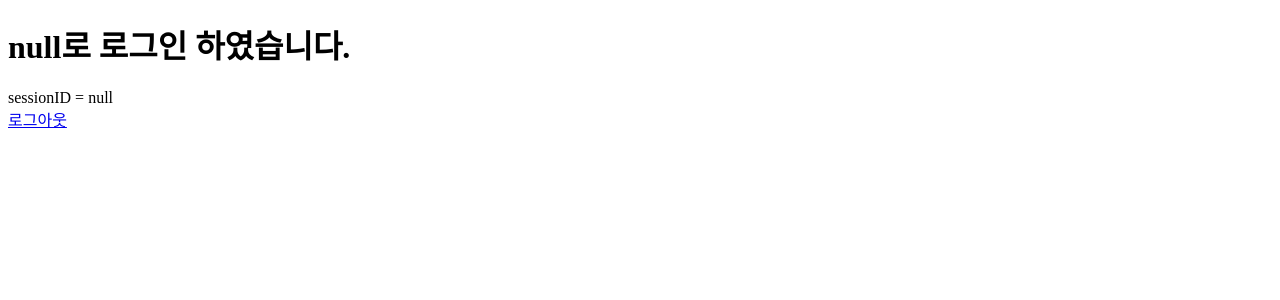
Repository: Yang-Seungjae/JSPservlet
Page: http://localhost/example1/ex8-exam2/mainpage2.jsp
An editor plug-in stored every save of this project. The page is shown before and after the next save, followed by the edit.
The browser window is 1280 px wide. The pictures show the whole page.
The page is served by Tomcat 9. Other server files are loaded and not shown.

Above is the page before, as saved 2023-05-23 05:45:20.

### example1/src/main/webapp/ex8-exam2/mainpage2.jsp
<%@ page language="java" contentType="text/html; charset=EUC-KR"
    pageEncoding="EUC-KR"%>
<!DOCTYPE html>
<html>
<head>
<meta charset="EUC-KR">
<title>Insert title here</title>
</head>
<body>
<%
	String id = (String)session.getAttribute("id");
String sessionID = (String)session.getAttribute("id");

//로그아웃 처리
	String logoutURL = "./login.jsp"; // 로그아웃 시 이동할 페이지 URL
%>
<h1><%= id %>로 로그인 하였습니다. <br/></h1>
sessionID = <%= sessionID %> <br/>


<a href ="<%= logoutURL %>">로그아웃</a>

<%
	// 로그아웃 버튼을 눌렀을 때 세션 초기화 및 페이지 이동 처리
	if (request.getParameter("logout") != null) {
		session.invalidate(); // 세션 초기화
		response.sendRedirect("login.jsp"); // 페이지 이동
	}
%>
</body>
</html>

After the next save:
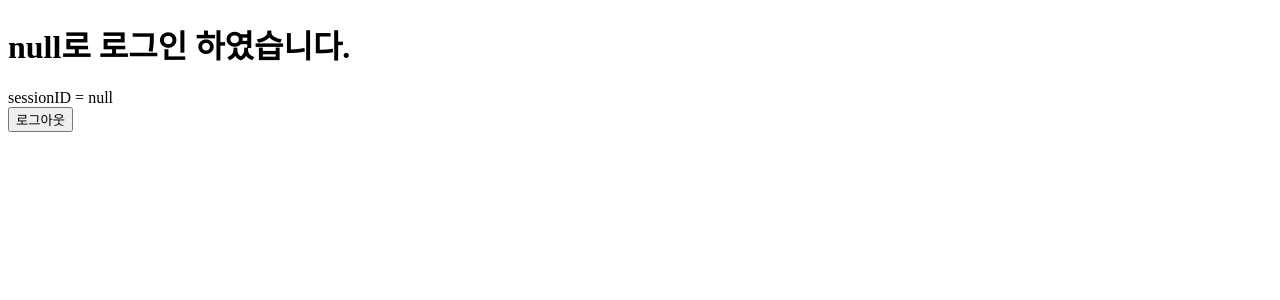
Saved 5 min 40 s later.
--- a/example1/src/main/webapp/ex8-exam2/mainpage2.jsp
+++ b/example1/src/main/webapp/ex8-exam2/mainpage2.jsp
@@ -11,21 +11,15 @@
 	String id = (String)session.getAttribute("id");
 String sessionID = (String)session.getAttribute("id");
 
-//로그아웃 처리
-	String logoutURL = "./login.jsp"; // 로그아웃 시 이동할 페이지 URL
+
 %>
 <h1><%= id %>로 로그인 하였습니다. <br/></h1>
 sessionID = <%= sessionID %> <br/>
+<form method="POST" action="main.jsp">
+        <input type="hidden" name="logout" value="true">
+        <button type="submit">로그아웃</button>
+    </form>
 
 
-<a href ="<%= logoutURL %>">로그아웃</a>
-
-<%
-	// 로그아웃 버튼을 눌렀을 때 세션 초기화 및 페이지 이동 처리
-	if (request.getParameter("logout") != null) {
-		session.invalidate(); // 세션 초기화
-		response.sendRedirect("login.jsp"); // 페이지 이동
-	}
-%>
 </body>
 </html>
